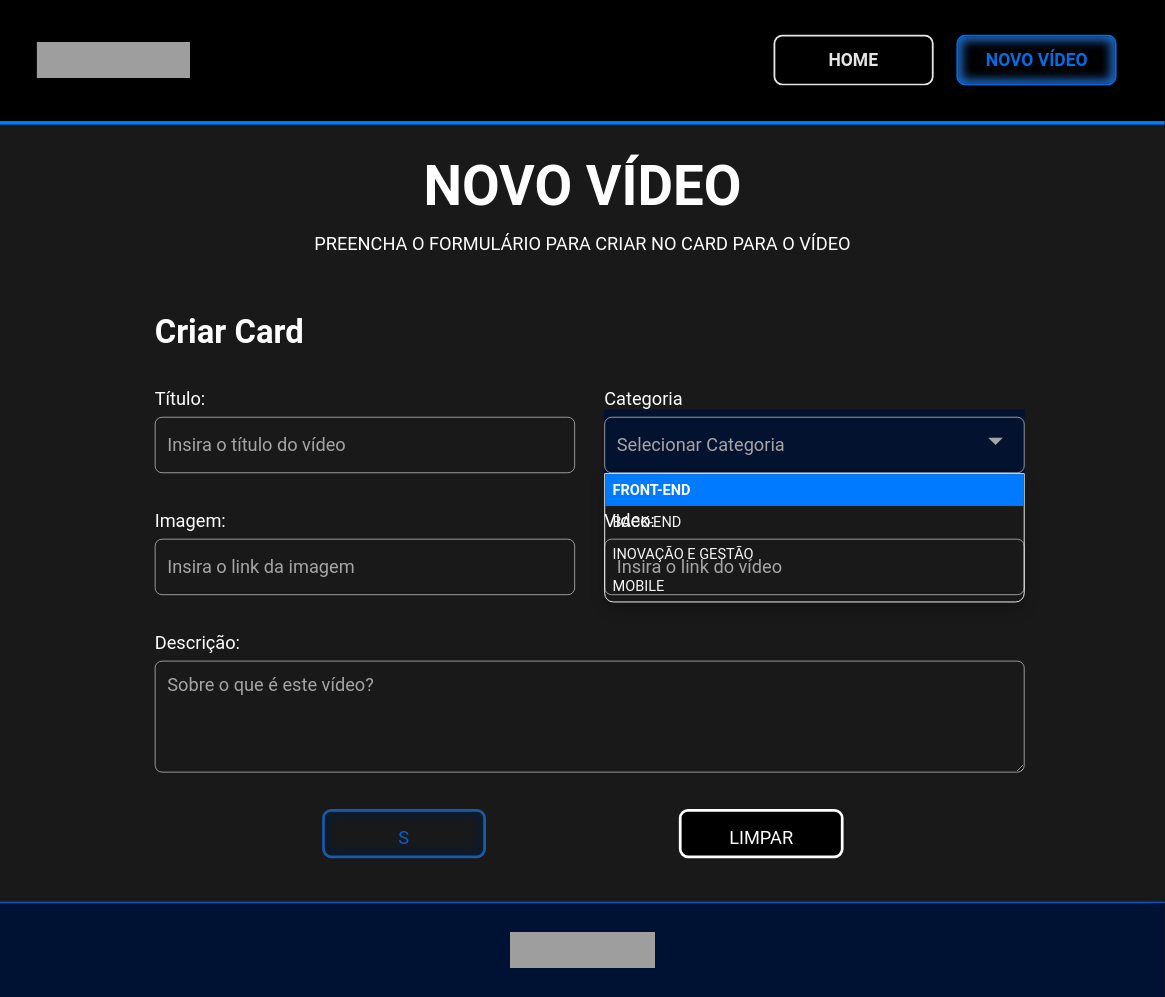
Repository: guilhermecardoso93/aluraflix
Page: /new-video, after clicking the first element matching `div.input-with-icon`
The author's editor kept a copy of each file at every save. The page is drawn from the files as they stood at one save, then again after the next save.
The browser window is 1280 px wide. The pictures show the whole page, at 91% of full size.
The pointer rests on the first visible `.new-video__dropdown-option`.
Pictures or frames that could not be fetched are drawn as grey boxes. The page's requests for data from a server got no answer. The project was rebuilt for these pictures with package versions that can differ from the ones it lists, and the page was loaded fresh each time. No one was signed in, and anything a server would have sent is missing. Also part of the build but not shown: vite.config.js, src/components/Loading/Loading.css, src/components/Loading/index.jsx, src/components/Banner/Banner.module.css, src/components/Banner/index.jsx, src/components/Notification/Notification.css, src/components/Notification/index.jsx, src/components/Card/Card.css and 9 more.

Above is the page before, as saved 2024-07-08 20:43:26.

After the next save:
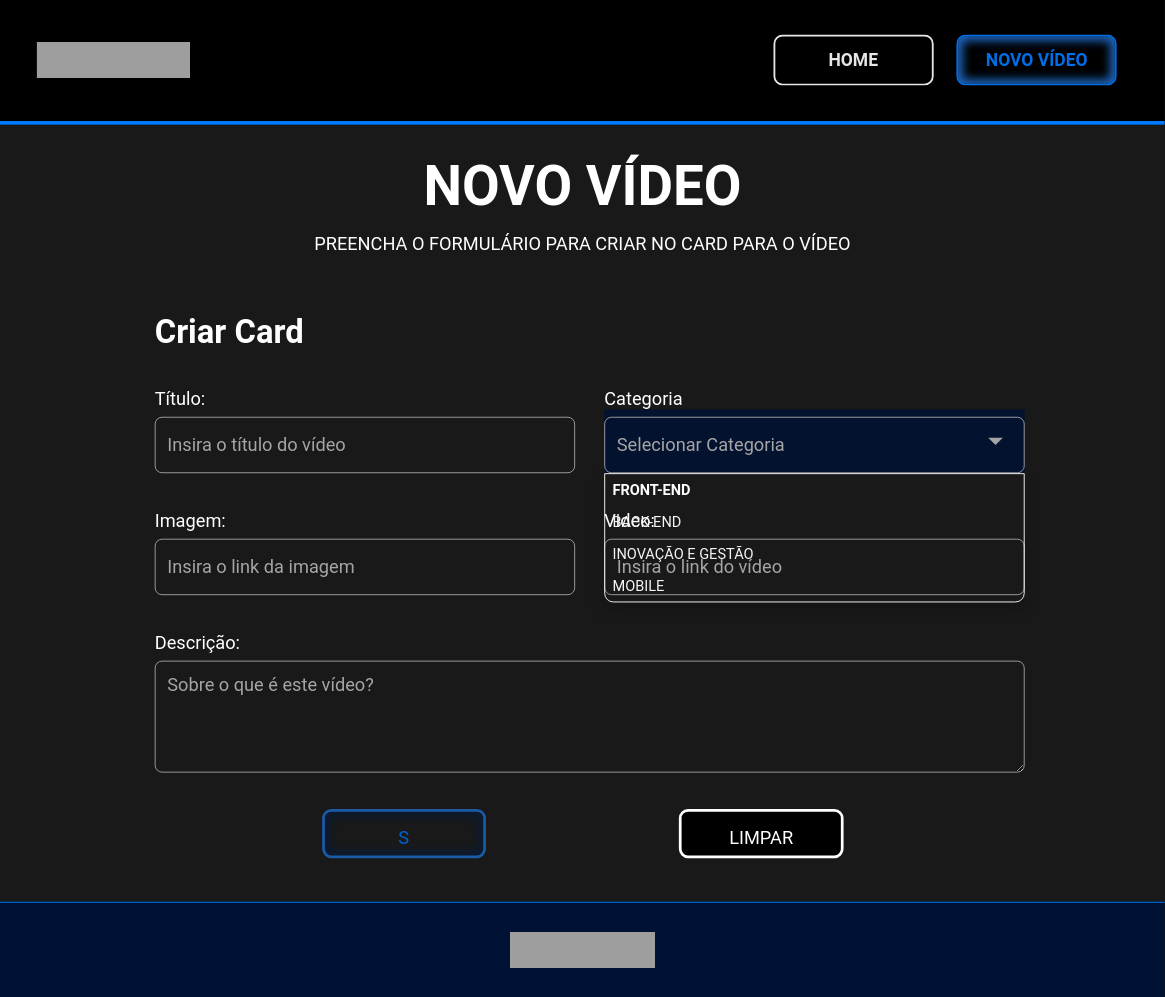
Saved 38 s later.
--- a/src/pages/NewVideo/NewVideo.css
+++ b/src/pages/NewVideo/NewVideo.css
@@ -115,7 +115,6 @@
 }
 
 .new-video__dropdown-option:hover {
-    background-color: var(--color-blue);
     color: var(--color-white);
     font-weight: bold;
 }

After the save that followed:
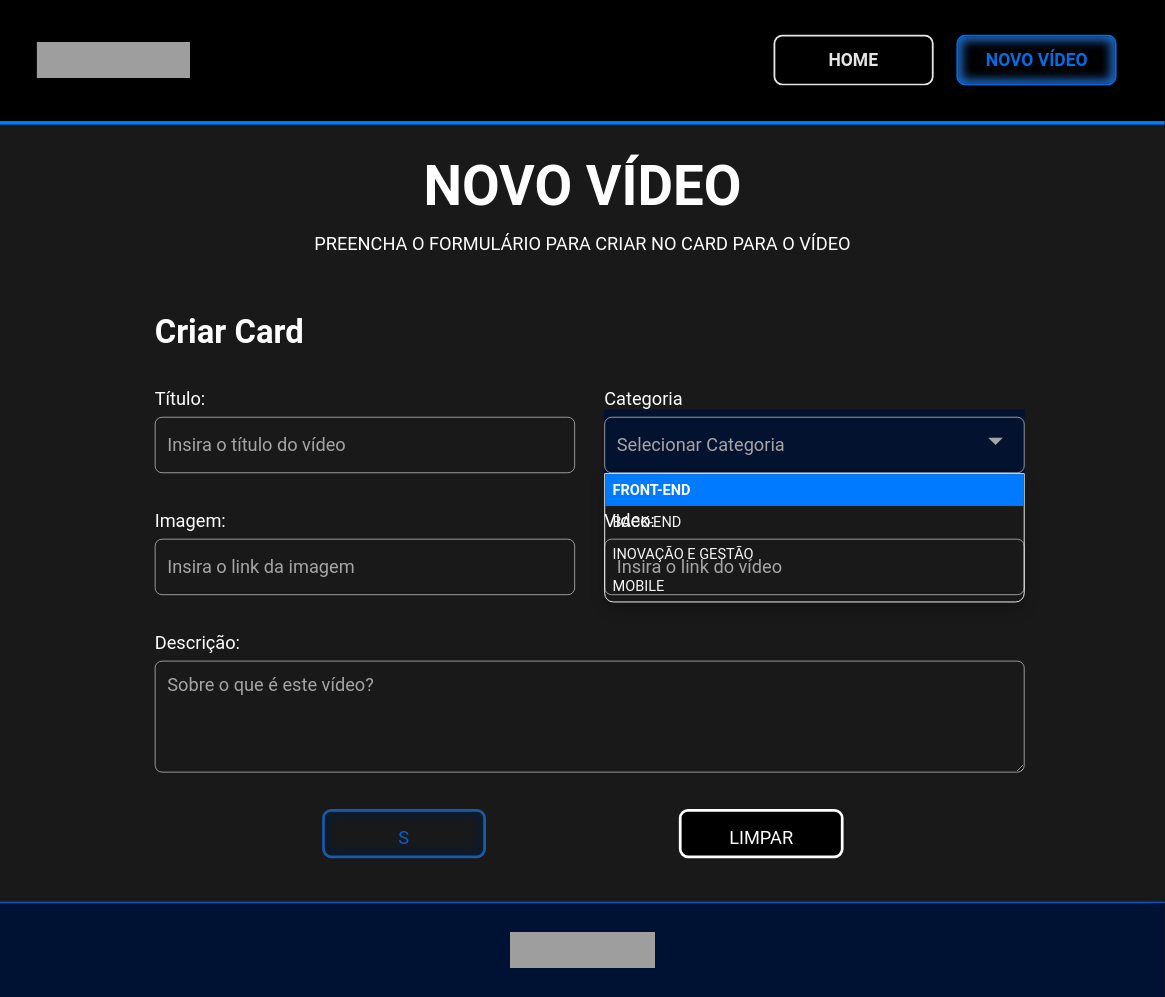
Saved 43 s later.
--- a/src/pages/NewVideo/NewVideo.css
+++ b/src/pages/NewVideo/NewVideo.css
@@ -115,6 +115,7 @@
 }
 
 .new-video__dropdown-option:hover {
+    background-color: var(--color-blue);
     color: var(--color-white);
     font-weight: bold;
 }
